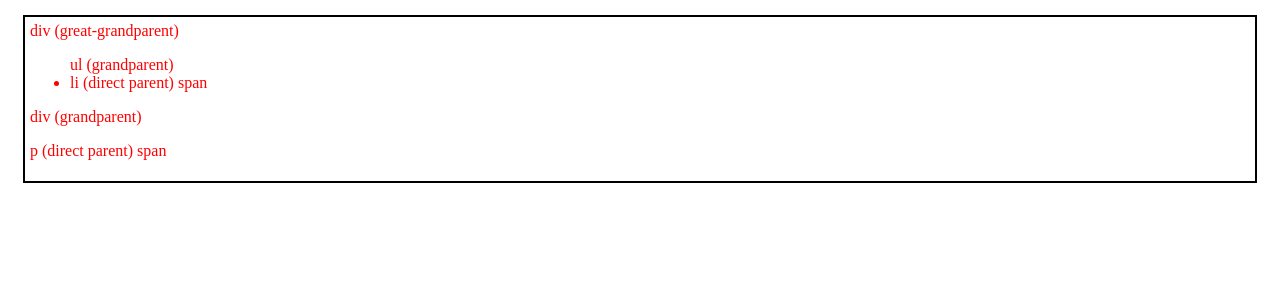
Repository: tjdwlsl/jspstudy
Page: http://localhost/JQuery_Ajax/jquery/ex15_DOM.jsp
An editor plug-in stored every save of this project. The page is shown before and after the next save, followed by the edit.
The browser window is 1280 px wide. The pictures show the whole page.
The page is served by Tomcat 9. Other server files are loaded and not shown.

Above is the page before, as saved 2023-07-19 08:49:24.
Console error: TypeError: Cannot read properties of undefined (reading 'replace')

### JQuery_Ajax/src/main/webapp/jquery/ex15_DOM.jsp
<%@ page language="java" contentType="text/html; charset=UTF-8"
    pageEncoding="UTF-8"%>
<!DOCTYPE html>
<html>
<head>
<meta charset="UTF-8">
<title>HTML 탐색</title>
<style type="text/css">
	.ancestors{
		display: block;
		border: 2px solid black;
		color: red;
		padding: 5px;
		margin: 15px;
	}
</style>
<%-- jQuery 라이브러리 CDN --%>
<script src="https://ajax.googleapis.com/ajax/libs/jquery/3.7.0/jquery.min.js"></script>
<script type="text/javascript">
//문서 객체 모델(DON, Document Object Model)은 XML이라 HTML 문서에 접근하기 위한 일종의 인터페이스
//부모,자식,자손,형제
//parent() 메서드는 선택한 요소의 직접적인 상위 요소를 반환함
$(document).ready(function(){
	$("span").parent().css();
});
</script>

</head>
<body>
	<div class="ancestors">
  <div style="width:500px;">div (great-grandparent)
    <ul>ul (grandparent)
      <li>li (direct parent)
        <span>span</span>
      </li>
    </ul>
  </div>

  <div style="width:500px;">div (grandparent)
    <p>p (direct parent)
      <span>span</span>
    </p>
  </div>
</div>
</body>
</html>

After the next save:
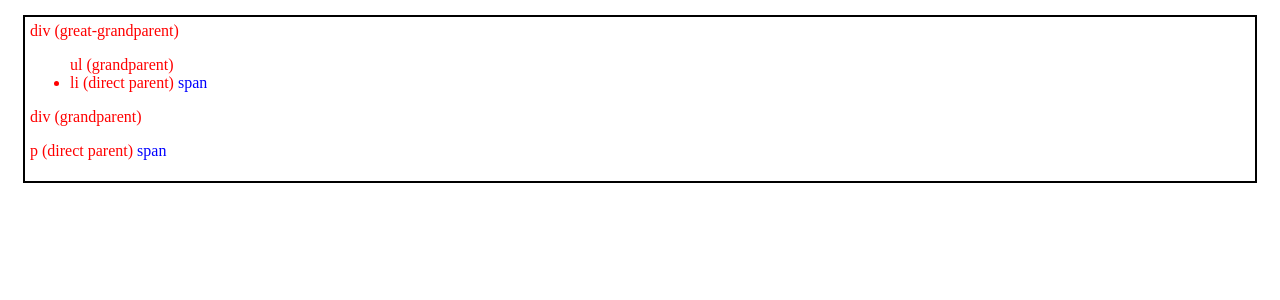
Saved 39 s later.
--- a/JQuery_Ajax/src/main/webapp/jquery/ex15_DOM.jsp
+++ b/JQuery_Ajax/src/main/webapp/jquery/ex15_DOM.jsp
@@ -21,6 +21,7 @@
 //부모,자식,자손,형제
 //parent() 메서드는 선택한 요소의 직접적인 상위 요소를 반환함
 $(document).ready(function(){
+	$("span").css("color", "blue");
 	$("span").parent().css();
 });
 </script>
